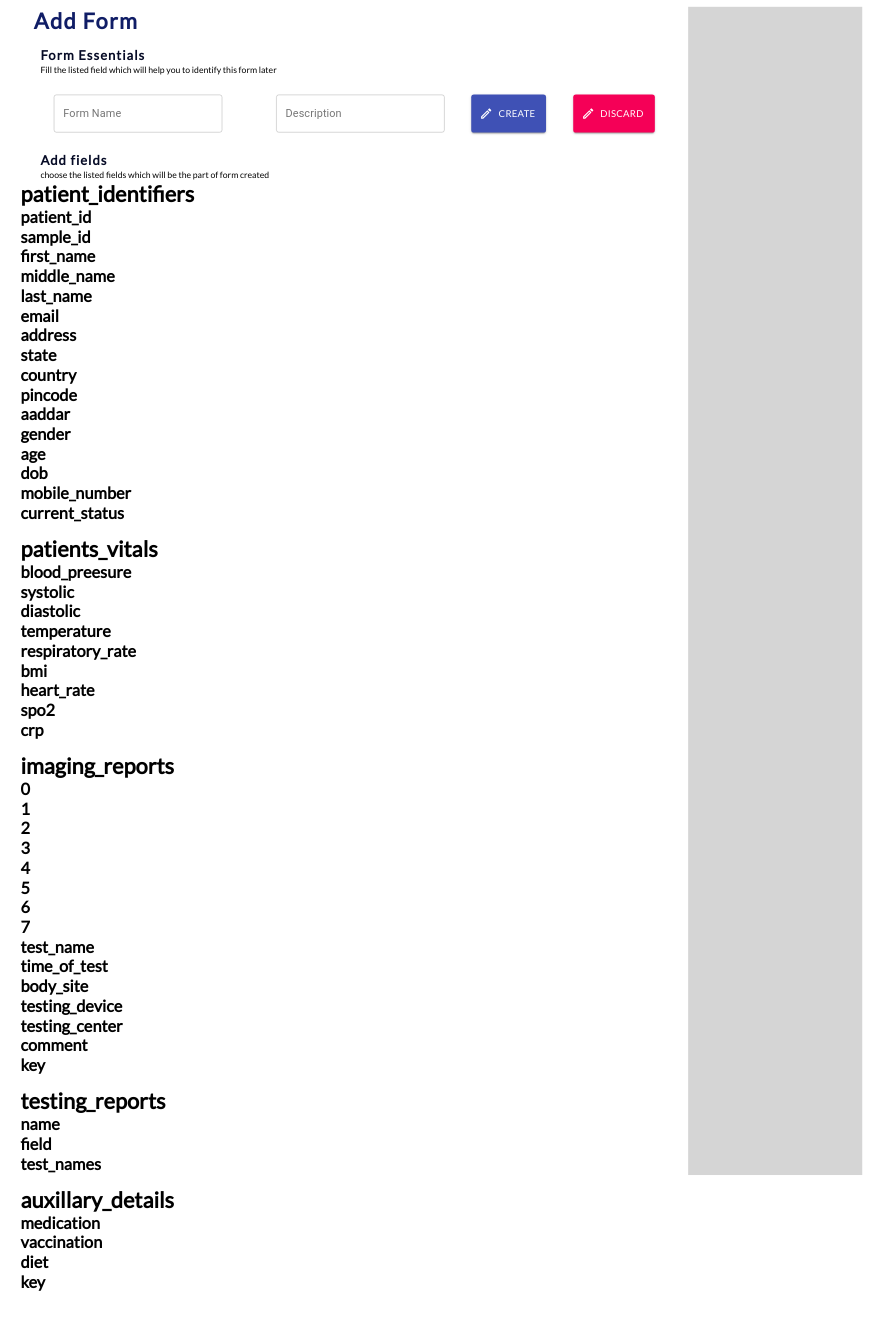
Repository: Architjain128/df
Page: /add
These files come from the project's save history. The page is drawn as it stood at one moment and after the next save; the edit follows.
The browser window is 1280 px wide. The pictures show the whole page, at 68% of full size.
The project was rebuilt for these pictures with package versions that can differ from the ones it lists, and the page was loaded fresh each time. Also part of the build but not shown: src/App.css, src/dftable.js, src/dataForm.js.

Above is the page before, as saved 2021-06-25 17:42:38.

After the next save:
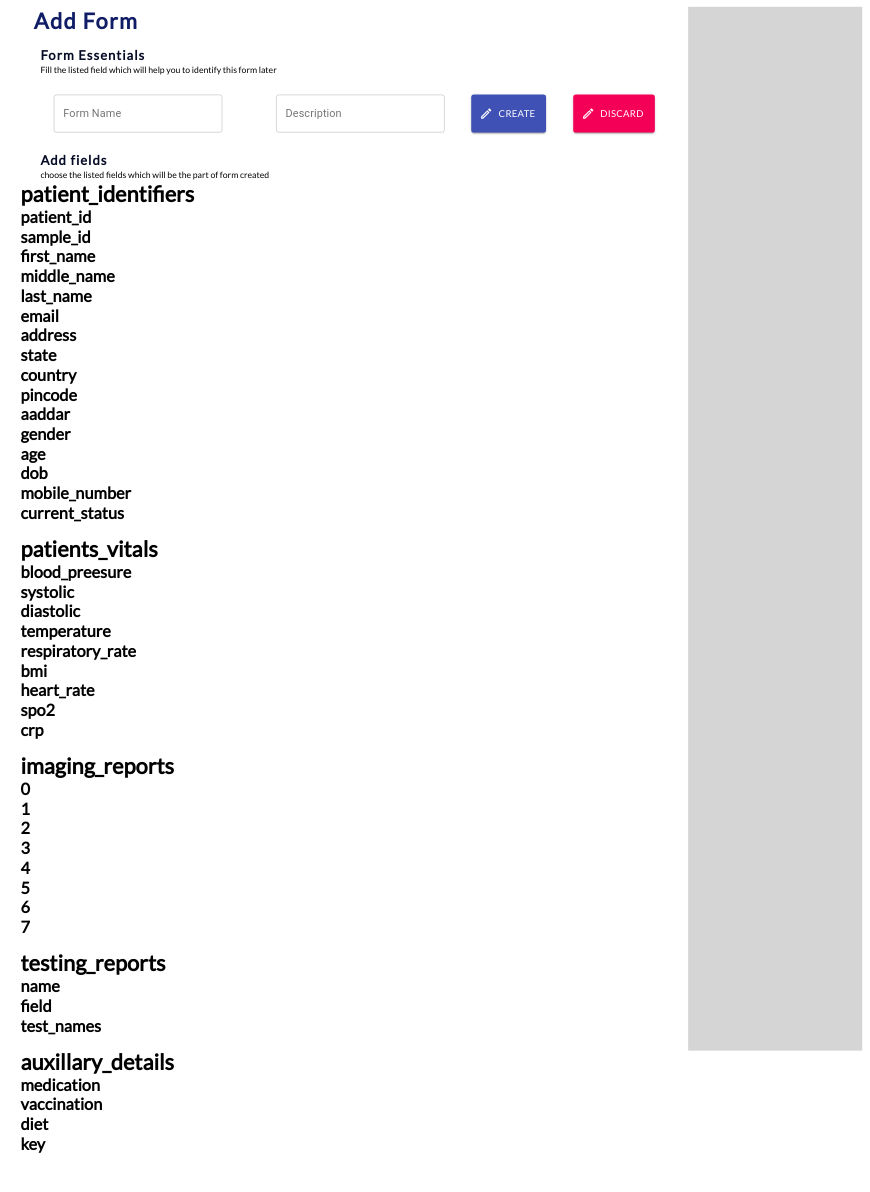
Saved 41 s later.
--- a/src/addDataForm.js
+++ b/src/addDataForm.js
@@ -42,7 +42,7 @@ class AddDataForm extends Component{
             if(data==="imaging_reports"){
                 finalrow.push(this.listit(datas[data]["parameters"][0]["test_names"],1))
             }
-            if(data==="testing_reports"){
+            else if(data==="testing_reports"){
                 finalrow.push(this.listit(datas[data]["parameters"][0],1))
             }
             else{
